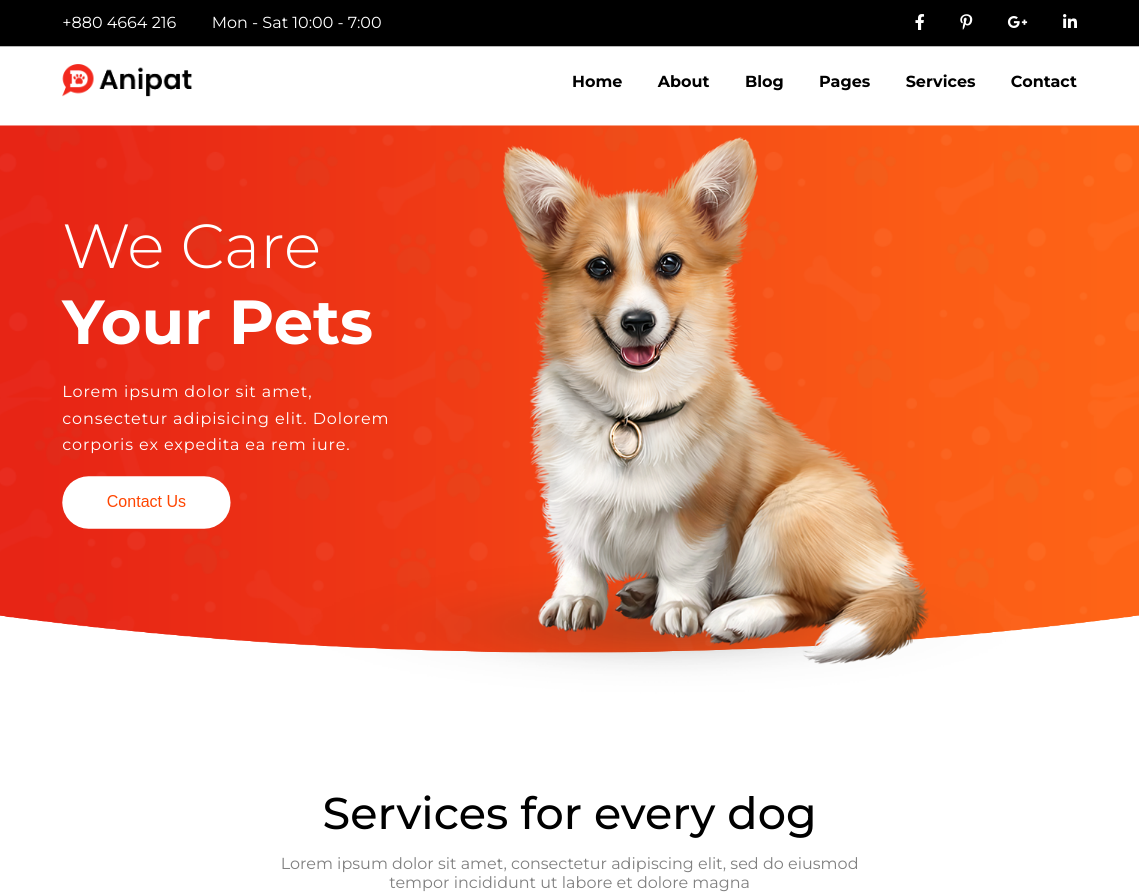
Repository: giahuy405/Day_2_Anipat
Page: index.html
An editor plug-in stored every save of this project. The page is shown before and after the next save, followed by the edit.
The browser window is 1280 px wide. The pictures show the whole page, at 89% of full size.

Above is the page before, as saved 2022-09-08 23:21:19.

After the next save:
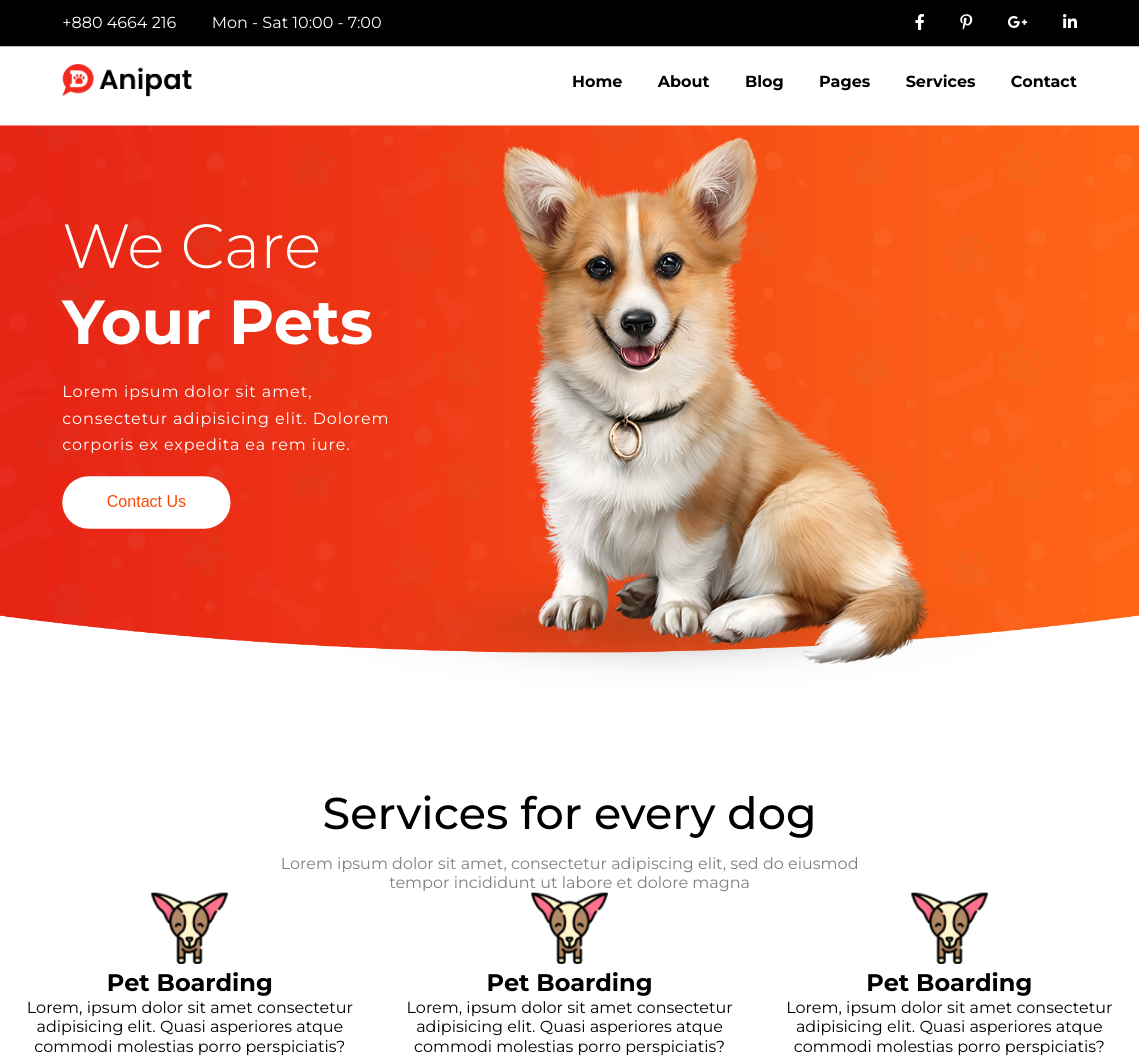
Saved 1 s later.
--- a/index.html
+++ b/index.html
@@ -62,7 +62,34 @@
             <p>Lorem ipsum dolor sit amet, consectetur adipiscing elit, sed do eiusmod tempor incididunt ut labore et dolore magna</p>
         </div>
         <div class="service-bottom">
-
+            <div class="service-card">
+                <div class="service__item">
+                    <div class="service__background">
+                        <img src="./img/service_icon_1.png" alt="">
+                    </div>
+                    <h2>Pet Boarding</h2>
+                    <p>Lorem, ipsum dolor sit amet consectetur adipisicing elit. Quasi asperiores atque commodi molestias porro perspiciatis?</p>
+                </div>
+            </div>
+            <div class="service-card">
+                <div class="service__item">
+                    <div class="service__background">
+                        <img src="./img/service_icon_1.png" alt="">
+                    </div>
+                    <h2>Pet Boarding</h2>
+                    <p>Lorem, ipsum dolor sit amet consectetur adipisicing elit. Quasi asperiores atque commodi molestias porro perspiciatis?</p>
+                </div>
+            </div>
+            <div class="service-card">
+                <div class="service__item">
+                    <div class="service__background">
+                        <img src="./img/service_icon_1.png" alt="">
+                    </div>
+                    <h2>Pet Boarding</h2>
+                    <p>Lorem, ipsum dolor sit amet consectetur adipisicing elit. Quasi asperiores atque commodi molestias porro perspiciatis?</p>
+                </div>
+            </div>
+            <div class="clear"></div>
         </div>
     </div>
 </body>
